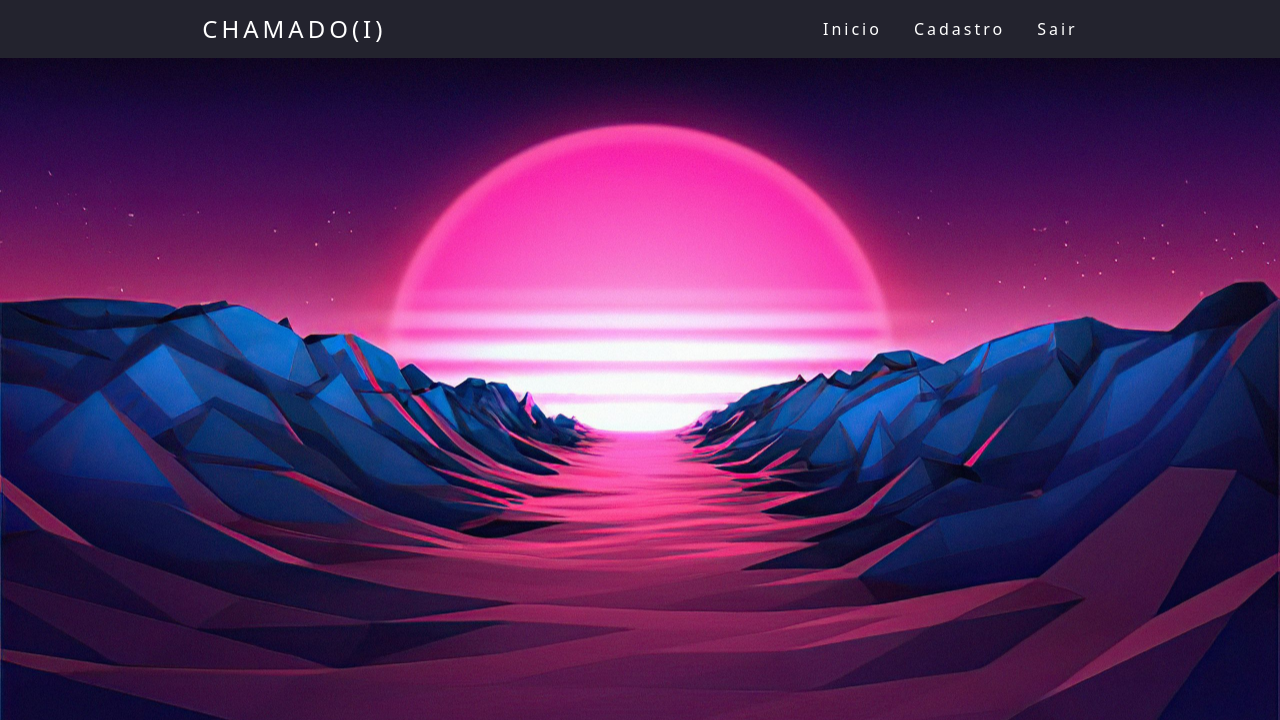
Repository: isaquemc2001/isaque-utilities
Page: index.html
These files come from the project's save history. The page is drawn as it stood at one moment and after the next save; the edit follows.
The browser window is 1280 px wide. The pictures show the whole page.

Above is the page before, as saved 2021-10-28 12:44:11.

After the next save:
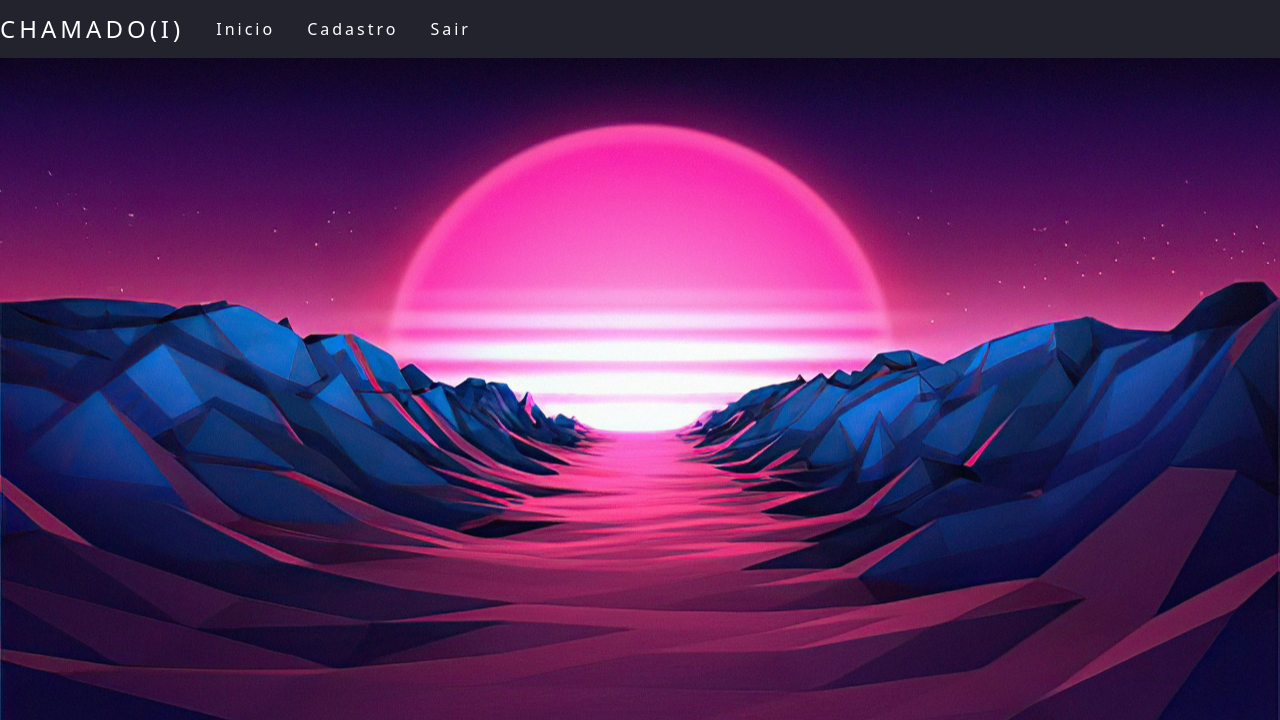
Saved 5 min 34 s later.
--- a/style.css
+++ b/style.css
@@ -21,7 +21,6 @@
 
 nav {
     display: flex;
-    justify-content: space-around;
     align-items: center;
     font-family: system-ui, -apple-system, Helvetica, Arial, sans-serif;
     background: #23232e;

After the save that followed:
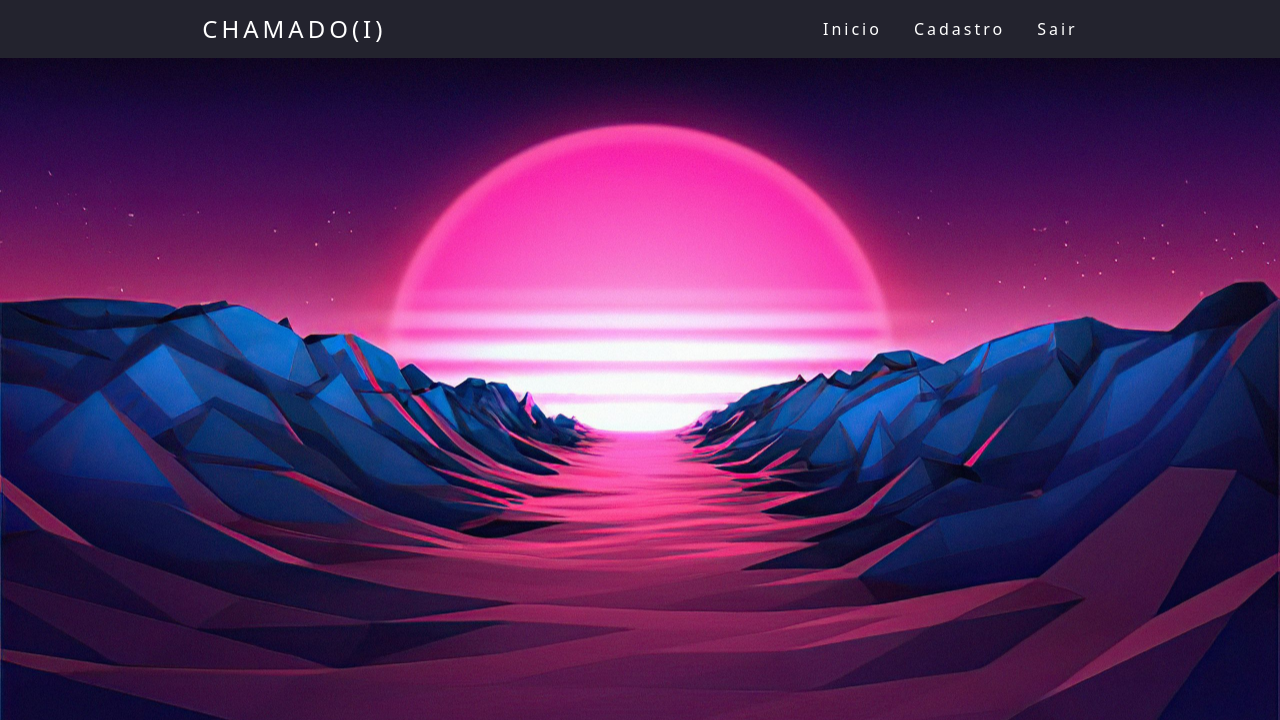
Saved 4 s later.
--- a/style.css
+++ b/style.css
@@ -21,6 +21,7 @@
 
 nav {
     display: flex;
+    justify-content: space-around;
     align-items: center;
     font-family: system-ui, -apple-system, Helvetica, Arial, sans-serif;
     background: #23232e;
